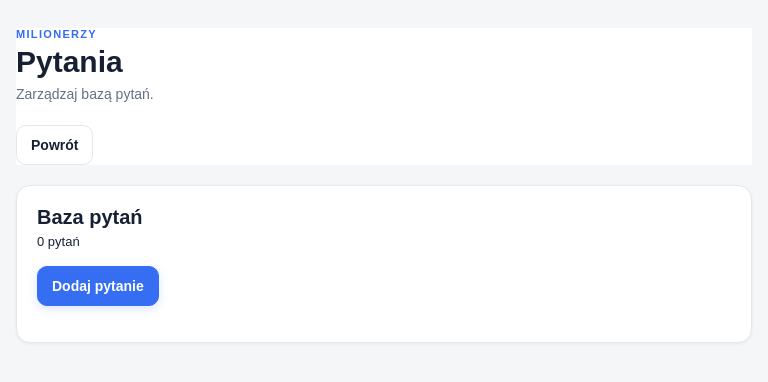
Repository: WaleonGames/HTGMilionerzy
Page: views/questions.html
These files come from the project's save history. The page is drawn as it stood at one moment and after the next save; the edit follows.
The browser window is 768 px wide. The pictures show the whole page.

Above is the page before, as saved 2026-09-05 15:54:43.
Console error: TypeError: Cannot read properties of undefined (reading 'questions')

After the next save:
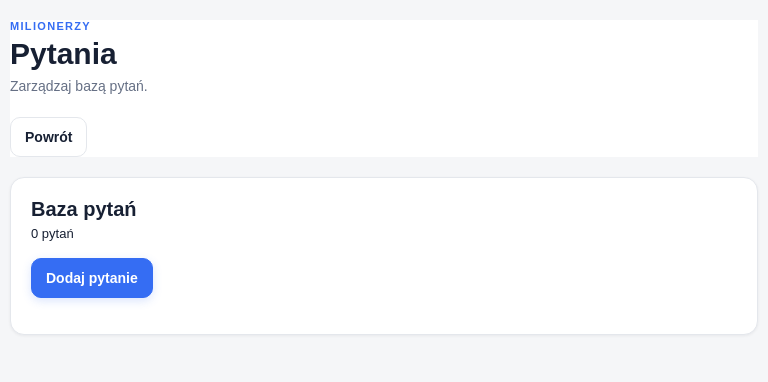
Saved 2 min 3 s later.
--- a/public/css/style.css
+++ b/public/css/style.css
@@ -97,8 +97,12 @@ button{
   font-size:20px;
 }
 
-/* =========================
-   BUTTONS
+.panel-header span{
+  font-size:13px;
+}
+
+/* =========================
+   BUTTON
 ========================= */
 
 .button{
@@ -126,19 +130,13 @@ button{
 }
 
 /* =========================
-   CARDS
-========================= */
-
-.card{
-  padding:14px;
-  border:1px solid;
-  border-radius:10px;
-}
+   LIST
+========================= */
 
 .list{
   display:flex;
   flex-direction:column;
-  gap:9px;
+  gap:10px;
 }
 
 .list-item{
@@ -151,13 +149,24 @@ button{
   display:flex;
   align-items:flex-start;
   justify-content:space-between;
-  gap:12px;
-  margin-bottom:10px;
+  gap:16px;
+  margin-bottom:12px;
 }
 
 .list-item-header h3{
-  font-size:15px;
+  flex:1;
+  min-width:0;
+  font-size:16px;
   line-height:1.4;
+}
+
+/* =========================
+   CARD
+========================= */
+
+.card{
+  border:1px solid;
+  border-radius:10px;
 }
 
 /* =========================
@@ -166,7 +175,7 @@ button{
 
 .grid{
   display:grid;
-  gap:10px;
+  gap:8px;
 }
 
 .grid-2{
@@ -182,7 +191,23 @@ button{
 }
 
 /* =========================
-   FORMS
+   ANSWER
+========================= */
+
+.answer{
+  padding:9px 11px;
+  border:1px solid transparent;
+  border-radius:8px;
+  font-size:14px;
+  line-height:1.35;
+}
+
+.answer strong{
+  margin-right:4px;
+}
+
+/* =========================
+   FORM
 ========================= */
 
 .form{
@@ -225,6 +250,7 @@ textarea{
 
 .form-actions{
   display:flex;
+  align-items:center;
   justify-content:flex-end;
   gap:9px;
 }
@@ -260,22 +286,7 @@ textarea{
 }
 
 /* =========================
-   ANSWERS
-========================= */
-
-.answer{
-  padding:8px 10px;
-  border:1px solid transparent;
-  border-radius:7px;
-  font-size:14px;
-}
-
-.answer strong{
-  margin-right:4px;
-}
-
-/* =========================
-   EMPTY STATE
+   EMPTY
 ========================= */
 
 .empty{
@@ -328,6 +339,7 @@ textarea{
 
 .modal-actions{
   display:flex;
+  align-items:center;
   justify-content:flex-end;
   gap:9px;
   margin-top:18px;
@@ -402,6 +414,16 @@ textarea{
   padding:18px 14px;
   border-right:1px solid;
 }
+
+.content{
+  width:100%;
+  min-width:0;
+  padding:28px 30px 50px;
+}
+
+/* =========================
+   NAVIGATION
+========================= */
 
 .nav{
   display:flex;
@@ -421,11 +443,6 @@ textarea{
   font-weight:700;
 }
 
-.content{
-  width:100%;
-  padding:28px 30px 50px;
-}
-
 /* =========================
    TABS
 ========================= */
@@ -453,6 +470,19 @@ textarea{
 .section-header p{
   margin-top:5px;
   font-size:14px;
+}
+
+/* =========================
+   SETTINGS CARD
+========================= */
+
+.settings-card{
+  display:flex;
+  flex-direction:column;
+  gap:18px;
+  padding:20px;
+  border:1px solid;
+  border-radius:14px;
 }
 
 /* =========================
@@ -514,14 +544,19 @@ textarea{
 ========================= */
 
 @media(max-width:800px){
-  .menu-grid{
-    grid-template-columns:1fr;
+  .page{
+    width:calc(100% - 20px);
+    padding:20px 0;
   }
 
   .page-header,
   .panel-header{
     align-items:flex-start;
     flex-direction:column;
+  }
+
+  .menu-grid{
+    grid-template-columns:1fr;
   }
 
   .grid-2,
@@ -563,8 +598,8 @@ textarea{
     flex-direction:column-reverse;
   }
 
-  .modal-actions button,
-  .form-actions button{
+  .modal-actions .button,
+  .form-actions .button{
     width:100%;
   }
 }
